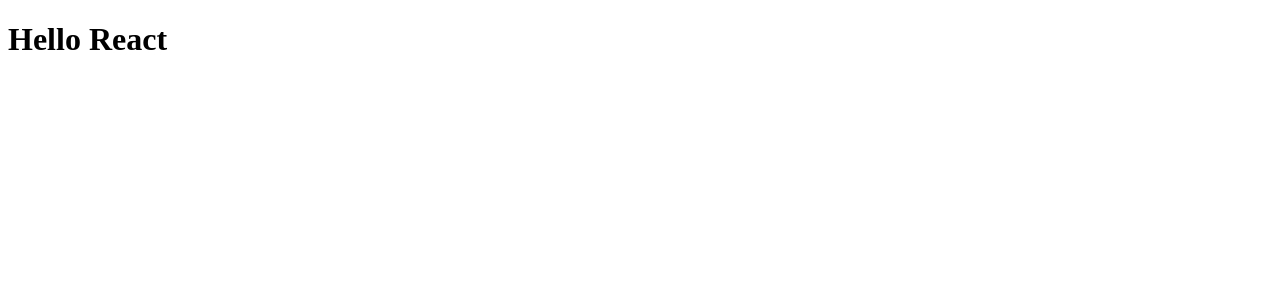
Repository: NguyenQuangQuan021099/ReactJS
Page: HelloWorld/index.html
These files come from the project's save history. The page is drawn as it stood at one moment and after a run of saves; the edit follows.
The browser window is 1280 px wide. The pictures show the whole page.
Some web libraries are served in a nearby version.

Above is the page before, as saved 2021-07-21 11:37:18.

After the next 5 saves:
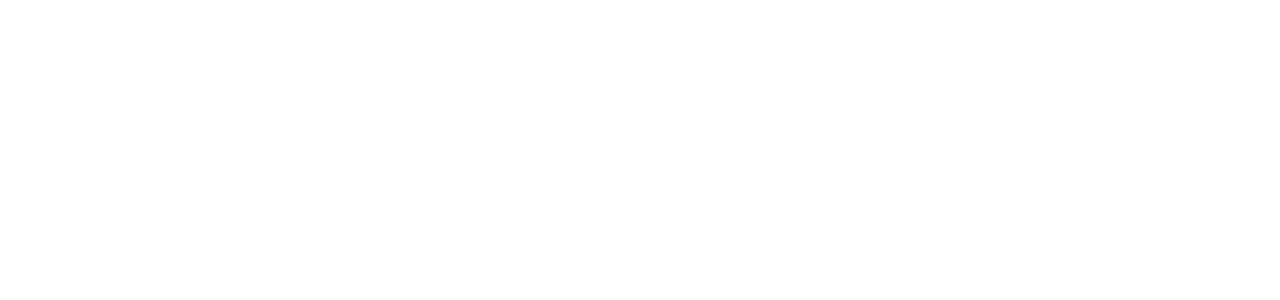
Console error (its wording comes from the project's code and is left out).
The 5 saves are shown as one change because they came seconds apart.
The last was saved 11 s later.
--- a/HelloWorld/index.html
+++ b/HelloWorld/index.html
@@ -25,7 +25,7 @@
         }
       }
 
-      ReactDOM.render(<Hello />, document.getElementById('mydiv'))
+      ReactDOM.render(<Hello />, <Hi/>, document.getElementById('mydiv'))
     </script>
 </body>
 </html>

After the 3 saves that followed:
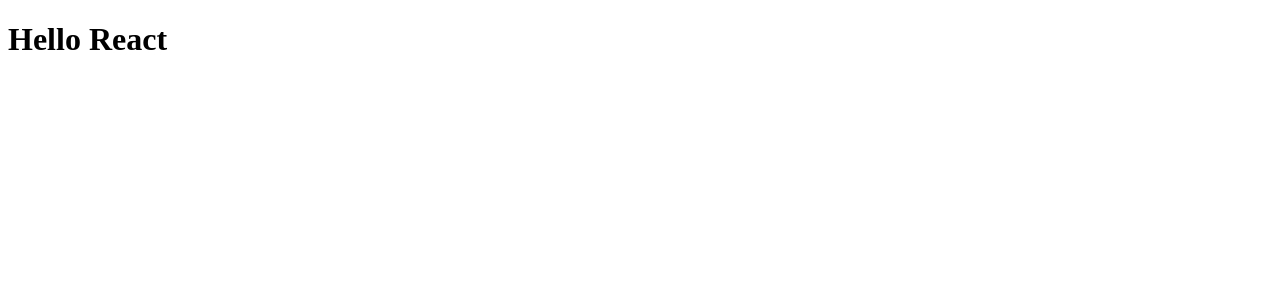
The error is gone.
The 3 saves are shown as one change because they came seconds apart.
The last was saved 19 s later.
--- a/HelloWorld/index.html
+++ b/HelloWorld/index.html
@@ -25,7 +25,7 @@
         }
       }
 
-      ReactDOM.render(<Hello />, <Hi/>, document.getElementById('mydiv'))
+      ReactDOM.render(<Hello />, document.getElementById('mydiv'))
     </script>
 </body>
 </html>
